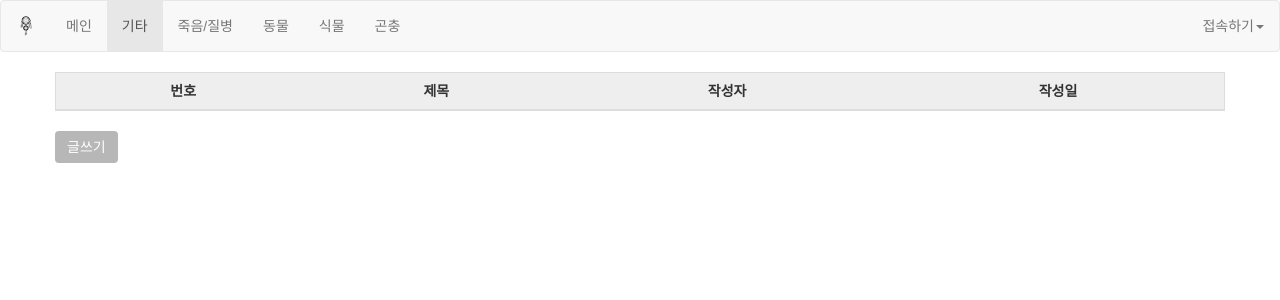
Repository: tjshee39/-1-2
Page: http://localhost/BBS/bbs.jsp
These files come from the project's save history. The page is drawn as it stood at one moment and after the next save; the edit follows.
The browser window is 1280 px wide. The pictures show the whole page.
Some web fonts or font styles are not loaded; a fallback is used. The page is served by Tomcat 9. Queries for data that is not in the repository find no rows.

Above is the page before, as saved 2020-06-29 12:59:23.

After the next save:
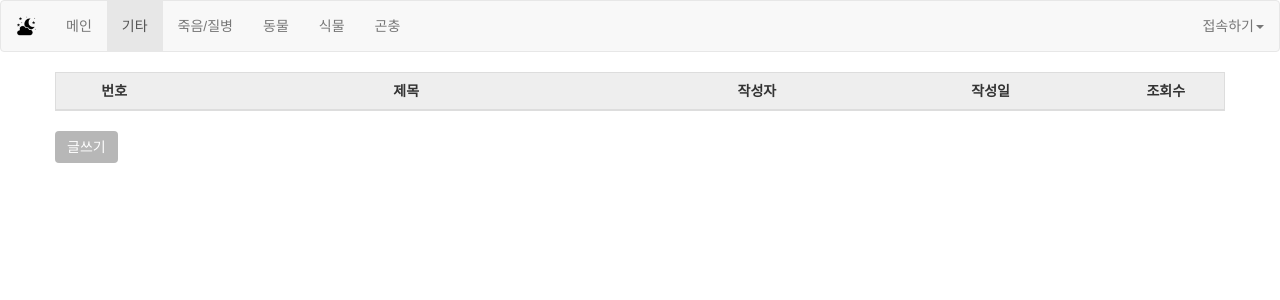
Saved 10 s later.
--- a/project/BBS/WebContent/bbs.jsp
+++ b/project/BBS/WebContent/bbs.jsp
@@ -39,8 +39,12 @@
 				<span class="icon-bar"></span>  <!-- 메뉴 -->
 				<span class="icon-bar"></span>
 				<span class="icon-bar"></span>
+				<span class="icon-bar"></span>
+				<span class="icon-bar"></span>
+				<span class="icon-bar"></span>
+				<span class="icon-bar"></span>
 			</button>
-			<a class="navbar-brand" href="main.jsp"><img src="images/titleLogo.png" height="100%"></a>
+			<a class="navbar-brand" href="main.jsp"><img src="images/navTitle.png" height="100%"></a>
 		</div>
 		<div class="collapse navbar-collapse" id="bs-example-navbar-collapse-1">
 			<ul class="nav navbar-nav">
@@ -75,6 +79,7 @@
 						aria-expanded="false">회원관리<span class="caret"></span></a>
 					<ul class="dropdown-menu">
 						<li><a href="logoutAction.jsp">로그아웃</a></li>
+						<li><a href="withdrawal.jsp">회원탈퇴</a></li>
 					</ul>
 				</li>
 			</ul>
@@ -88,10 +93,11 @@
 			<table class="table table-striped" style="text-align: center; border: 1px solid #dddddd">
 			<thead>
 				<tr>  <!-- 글의 목록만 보여주는 기능 -->
-					<th style="background-color: #eeeeee; text-align: center; ">번호</th>
-					<th style="background-color: #eeeeee; text-align: center; ">제목</th>
-					<th style="background-color: #eeeeee; text-align: center; ">작성자</th>
-					<th style="background-color: #eeeeee; text-align: center; ">작성일</th>
+					<th style="background-color: #eeeeee; text-align: center; width: 10%;">번호</th>
+					<th style="background-color: #eeeeee; text-align: center; width: 40%;">제목</th>
+					<th style="background-color: #eeeeee; text-align: center; width: 20%;">작성자</th>
+					<th style="background-color: #eeeeee; text-align: center; width: 20%;">작성일</th>
+					<th style="background-color: #eeeeee; text-align: center; width: 10%;">조회수</th>
 				</tr>
 			</thead>
 			<tbody>
@@ -109,6 +115,7 @@
 					<td><%= list.get(i).getBbsDate().substring(0, 11) + list.get(i).getBbsDate().substring(11, 13)
 					+ "시" + list.get(i).getBbsDate().substring(14, 16) + "분" %></td>
 					<!-- substirng: 필요한 부분만 잘라서 출력 -->
+					<td><%= list.get(i).getBbsHit() %></td>
 				</tr>
 				<%
 					}
